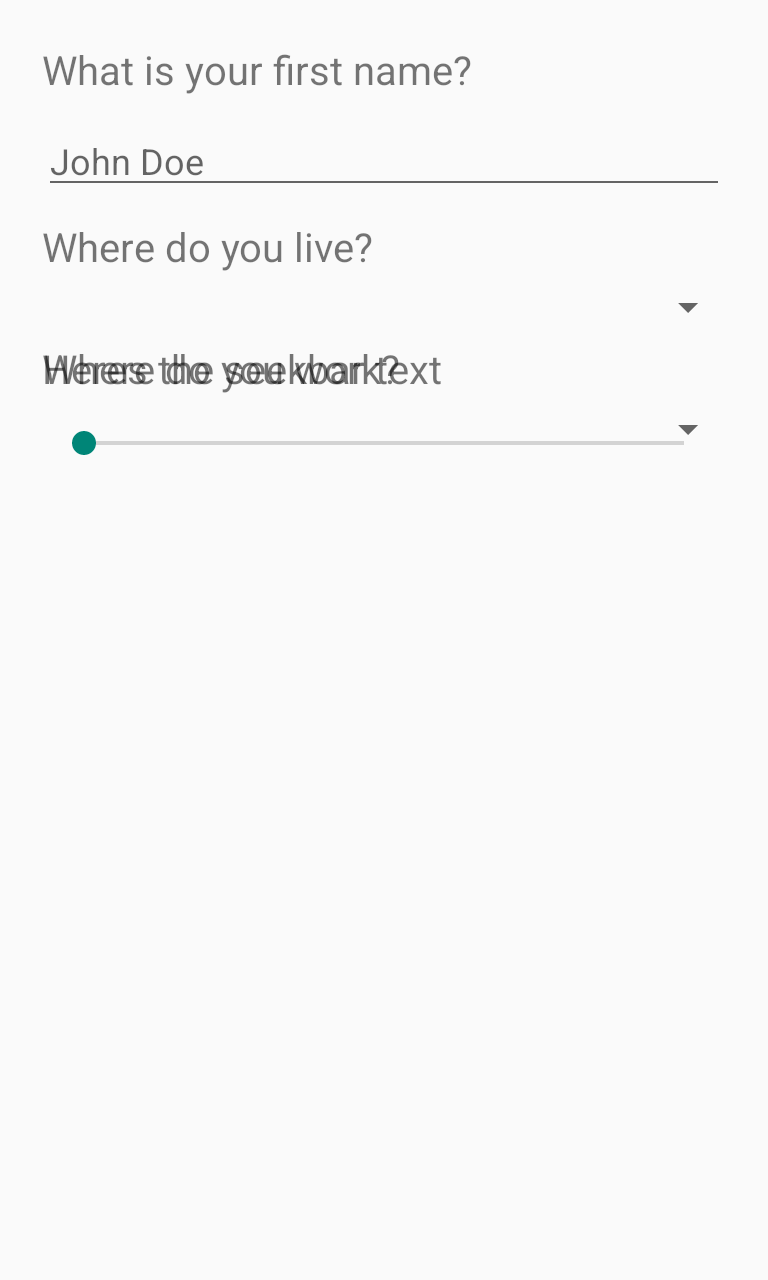
Repository: joshbarry/HackVT_2014
Layout: Android/HackVTKarma/res/layout/fragment_main.xml
The author's editor kept a copy of each file at every save. The layout is drawn from the files as they stood at one save, then again after the next save.
It is drawn on a 768 x 1280 px phone screen (xhdpi) without system bars, with theme AppTheme; the app's code is not run.

Above is the layout before, as saved 2014-10-10 23:36:25.

After the next save:
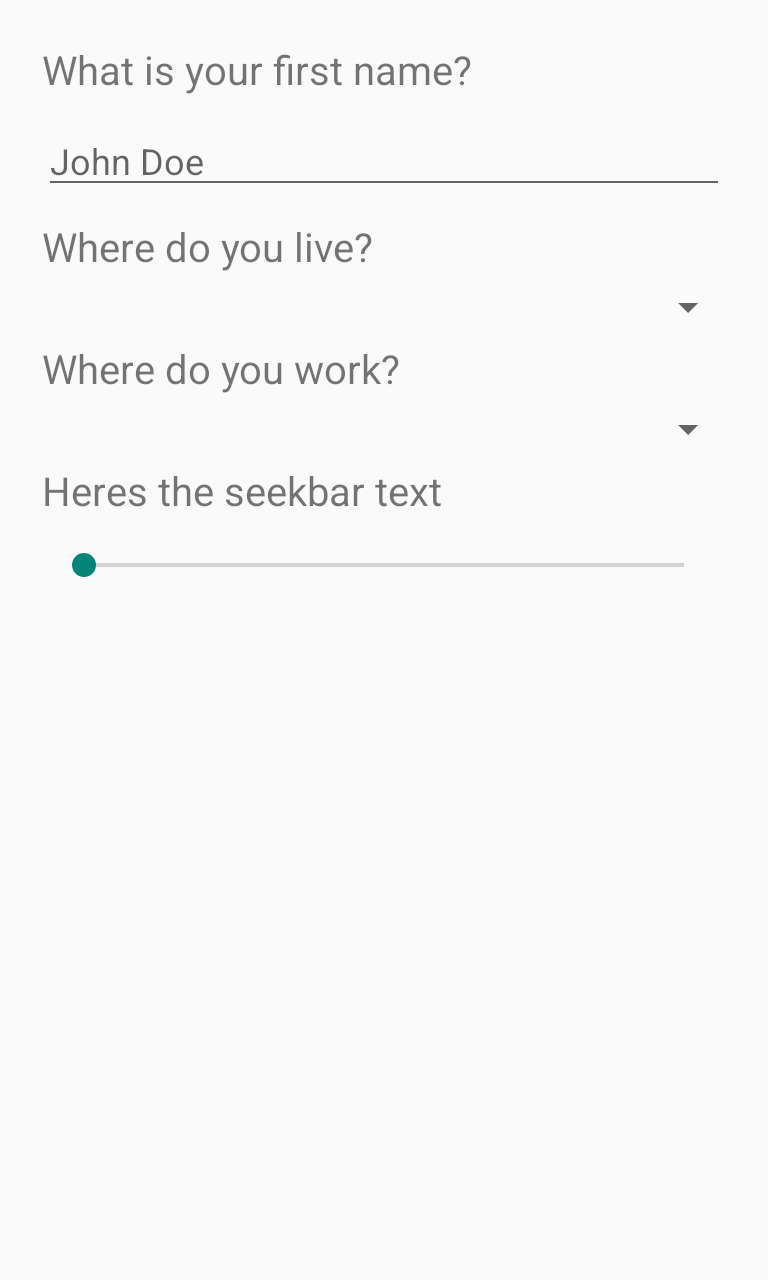
Saved 33 s later.
--- a/Android/HackVTKarma/res/layout/fragment_main.xml
+++ b/Android/HackVTKarma/res/layout/fragment_main.xml
@@ -61,7 +61,7 @@
         android:id="@+id/seekbar_text"
         android:textSize="20sp"
         android:layout_margin="5dp"
-        android:layout_below="@+id/townSpinner"
+        android:layout_below="@+id/townWorkSpinner"
         android:layout_width="wrap_content"
         android:layout_height="wrap_content"
         android:text="@string/seekbar_text" />
